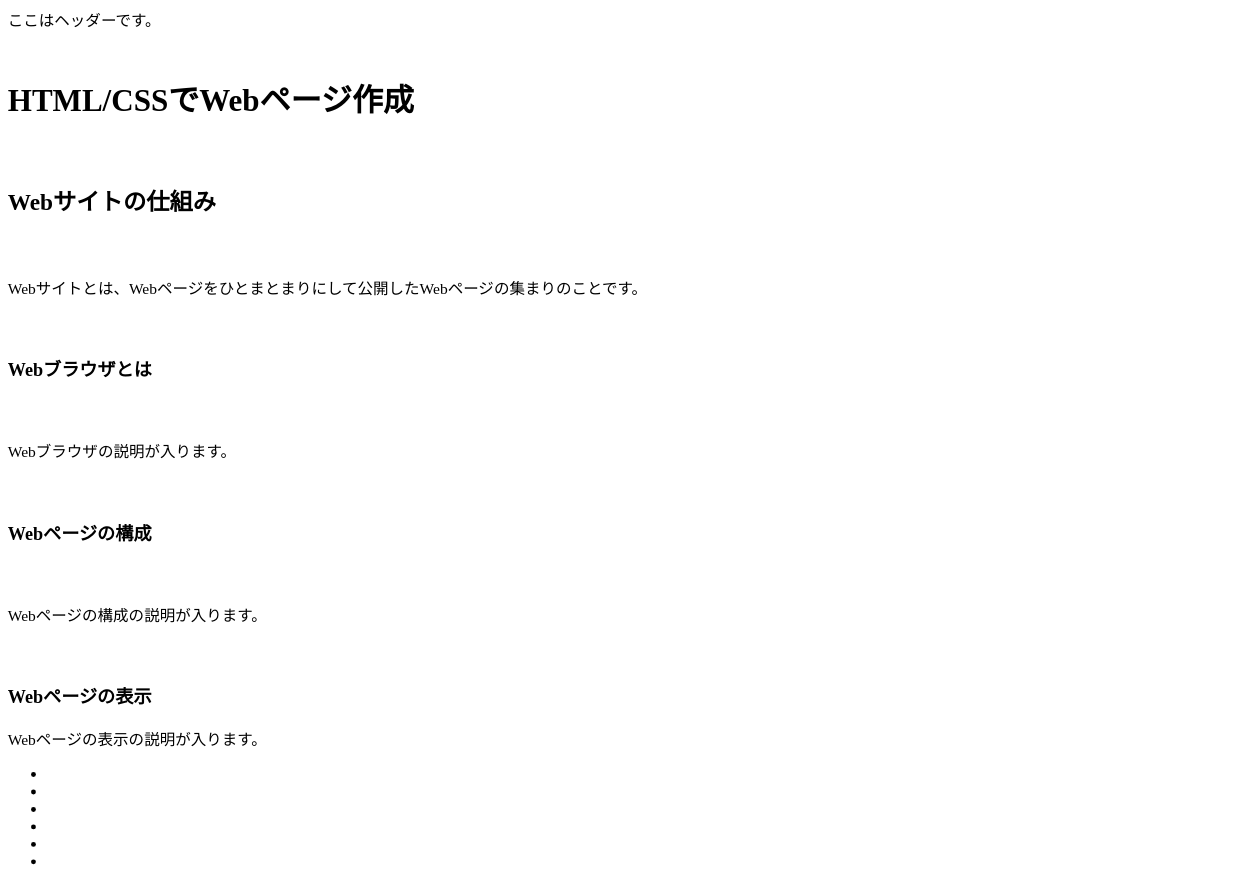
Repository: mizutawataru/original-service
Page: kadai-html.html
The author's editor kept a record of every edit. The page is drawn from the files as they stood at one moment, then again after the next edit.
The browser window is 1280 px wide. The pictures show the whole page, at 97% of full size.

Above is the page before.

### kadai-html.html
<!DOCTYPE html>
<html lang="ja">
    <head>
        <meta charset="utf-8">
        <title>HTML/CSSでWebページ作成</title>
    </head>
    <body>
        <header>
            ここはヘッダーです。
        </header>
        <div id="wrapper">
            <div id="main">
            　<h1>HTML/CSSでWebページ作成</h1>
            　<h2>Webサイトの仕組み</h2>
            　　<p>Webサイトとは、Webページをひとまとまりにして公開したWebページの集まりのことです。</p>
            　<h3>Webブラウザとは</h3>
            　  <p>Webブラウザの説明が入ります。</p>
            　<h3>Webページの構成</h3>
            　  <p>Webページの構成の説明が入ります。</p>
            　<h3>Webページの表示</h3
            　  <p>Webページの表示の説明が入ります。</p>
            </div>
            <nav id="menu">
              <ul>
                  <li></li>
                  <li></li>
                  <li></li>
                  <li></li>
                  <li></li>
                  <li></li>
            </nav>
        </div>
        <footer>
        </footer>
    </body>
</html>

After the next edit:
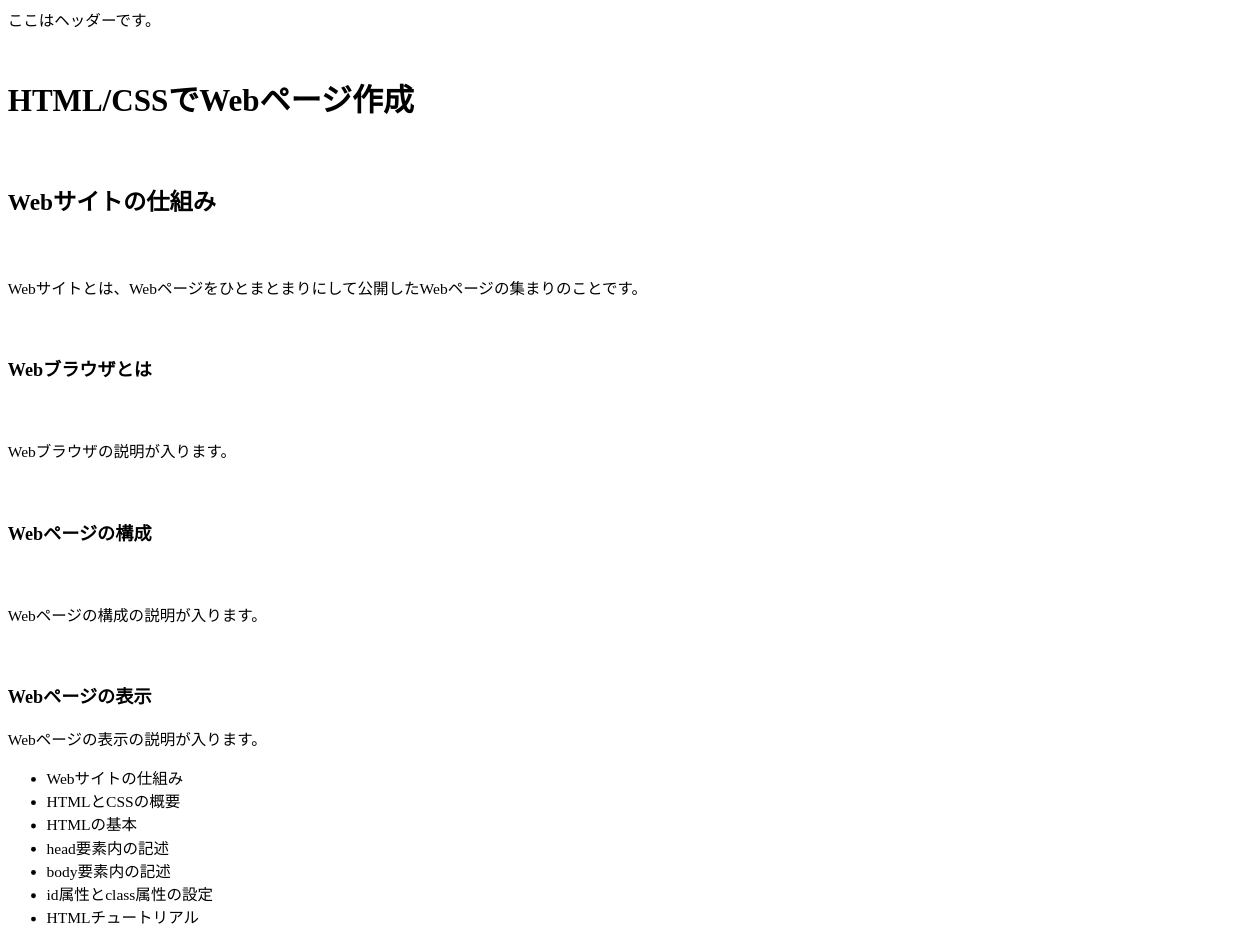
The edit:
--- a/kadai-html.html
+++ b/kadai-html.html
@@ -22,12 +22,14 @@
             </div>
             <nav id="menu">
               <ul>
-                  <li></li>
-                  <li></li>
-                  <li></li>
-                  <li></li>
-                  <li></li>
-                  <li></li>
+                  <li>Webサイトの仕組み</li>
+                  <li>HTMLとCSSの概要</li>
+                  <li>HTMLの基本</li>
+                  <li>head要素内の記述</li>
+                  <li>body要素内の記述</li>
+                  <li>id属性とclass属性の設定</li>
+                  <li>HTMLチュートリアル</li>
+              </ul>
             </nav>
         </div>
         <footer>
